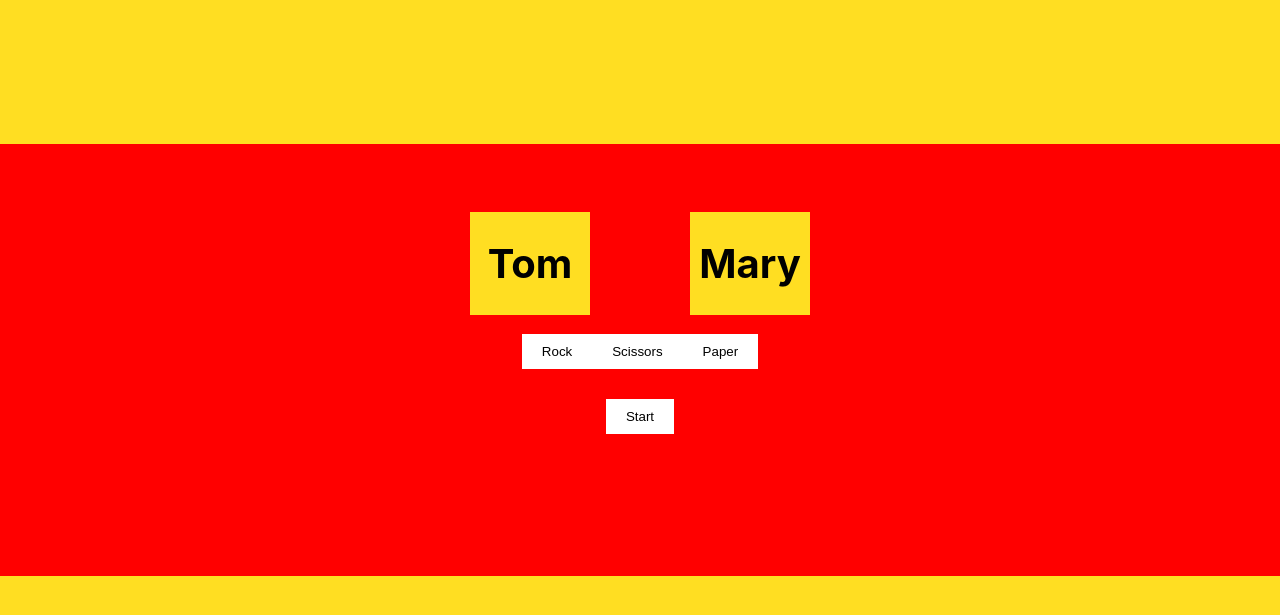
Repository: K009/Rock-Paper-Scissors
Page: /
These files come from the project's save history. The page is drawn as it stood at one moment and after the next save; the edit follows.
The browser window is 1280 px wide. The pictures show the whole page.
The project was rebuilt for these pictures with package versions that can differ from the ones it lists, and the page was loaded fresh each time.

Above is the page before, as saved 2020-05-13 09:34:45.

### src/App.js
import React, { Component } from "react";
import "./App.css";
import Player from "./components/Player";

const weapon = ["rock", "paper", "scissors"];

class App extends Component {
  constructor() {
    super();
    this.state = {
      playerOne: weapon[0],
      playerTwo: weapon[0],
      winner: "",
    };
    this.state = { counter: 0 };
  }

  startGame = () => {
    let counter = 0;
    let gameInterval = setInterval(() => {
      //to make a delay
      counter++;
      console.log(counter);
      this.setState({
        playerTwo: weapon[Math.floor(Math.random() * weapon.length)],
        winner: "",
      });
      if (counter > 5) {
        clearInterval(gameInterval);
        this.setState({
          winner: this.selectWinner(),
        });
      }
    }, 100);
  };

  selectWinner = () => {
    const { playerOne, playerTwo } = this.state;
    console.log("Player One: " + playerOne + "Player Two: " + playerTwo);
    if (playerOne === playerTwo) {
      console.log("It's a tie");
      return "It's a tie";
    } else if (
      (playerOne === "rock" && playerTwo === "scissors") ||
      (playerOne === "paper" && playerTwo === "rock") ||
      (playerOne === "scissors" && playerTwo === "paper")
    ) {
      return "Player one wins!";
    } else {
      return "Player two wins!";
    }
  };

  selectWeapon = (weapon) => {
    //in argument it gets a value that is going to be set for playerOne
    this.setState({
      playerOne: weapon, //here it gets changed
      winner: "", //winner without any changes - still ""
    });
  };

  increment() {
    this.setState({
      counter: this.state.counter + 1,
    });
  }

  render() {
    const { playerOne, playerTwo, winner } = this.state;
    return (
      <div className="App">
        <div className="Header" />
        <div className="Main-part">
          <div className="Players">
            <Player playerName="Tom" weapon={playerOne} />
            <div className="break"> </div>
            <Player playerName="Mary" weapon={playerTwo} />
          </div>
          <div className="buttons">
            <button
              className="weapon"
              onClick={() => this.selectWeapon("rock")}
            >
              Rock
            </button>
            <button
              className="weapon"
              onClick={() => this.selectWeapon("scissors")}
            >
              Scissors
            </button>
            <button
              className="weapon"
              onClick={() => this.selectWeapon("paper")}
            >
              Paper
            </button>
          </div>
          <div className="winner">{winner ? this.selectWinner() : null}</div>
          <button className="weapon" onClick={this.startGame}>
            Start
          </button>
        </div>
        <footer />
      </div>
    );
  }
}

export default App;

### src/App.css
.Header {
  min-height: 20vh;
  text-align: center;
  justify-content: space-around;
  background-color: #ffde22;
  display: flex;
  flex-wrap: wrap;
}

.Main-part {
  background-color: red;
  min-height: 60vh;
  text-align: center;
}

.Players {
  text-align: center;
  display: inline-block;
}

.break {
  width: 100px;
  min-height: 20vh;
  background-color: red;
  float: left;
}

.weapon {
  background: white;
  margin-top: 15px;
  border: none;
  padding: 10px 20px;
  color: black;
}

.weapon:hover {
  background: rgb(209, 208, 208);
  cursor: pointer;
}

.winner {
  color: #ffde22;
  font-size: 20px;
  margin-top: 15px;
}

footer {
  min-height: 20vh;
  background-color: #ffde22;
  width: 100%;
  position: absolute;
  left: 0;
  bottom: 0;
}

### src/components/Player.js
import React from "react";
import style from "./player.module.css";

const Player = ({ playerName }) => {
  return (
    <div className={style.player}>
      <h1>{playerName}</h1>
    </div>
  );
};

export default Player;

### src/components/player.module.css
.player {
  background-color: #ffde22;
  font-size: 20px;
  text-align: center;
  width: 120px;
  float: left;
  margin-top: 20%;
}

Loaded but not shown: public/index.html (common file); src/index.js (common file); src/index.css (common file); src/serviceWorker.js (common file)

After the next save:
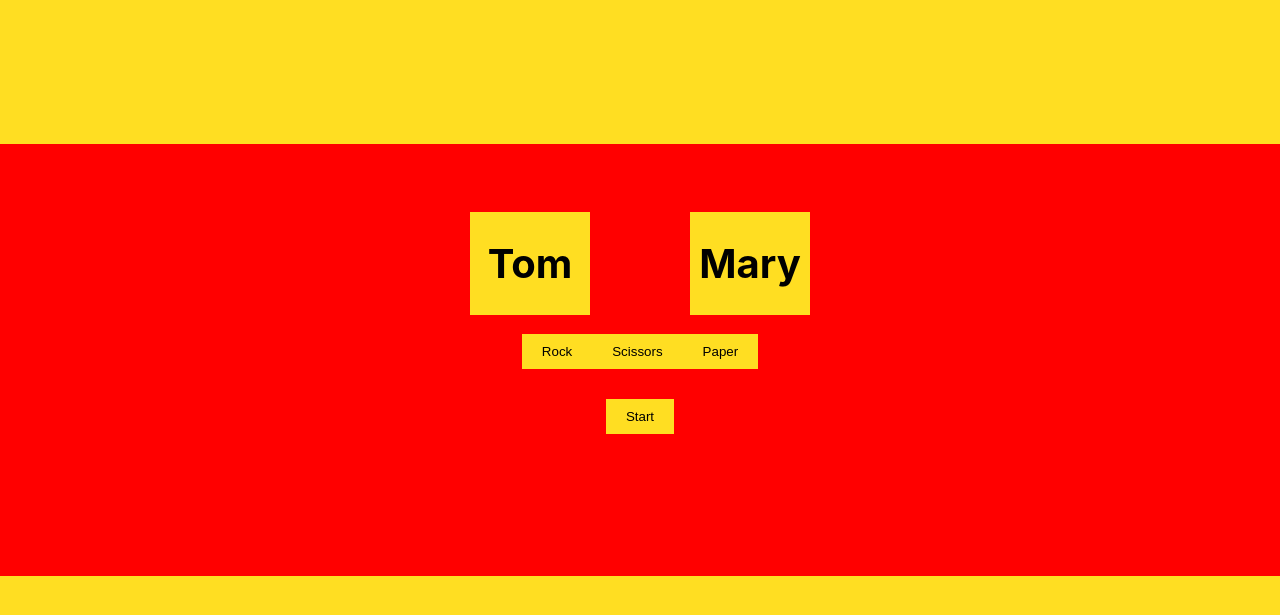
Saved 2 min 6 s later.
--- a/src/App.css
+++ b/src/App.css
@@ -26,7 +26,7 @@
 }
 
 .weapon {
-  background: white;
+  background: #ffde22;
   margin-top: 15px;
   border: none;
   padding: 10px 20px;
